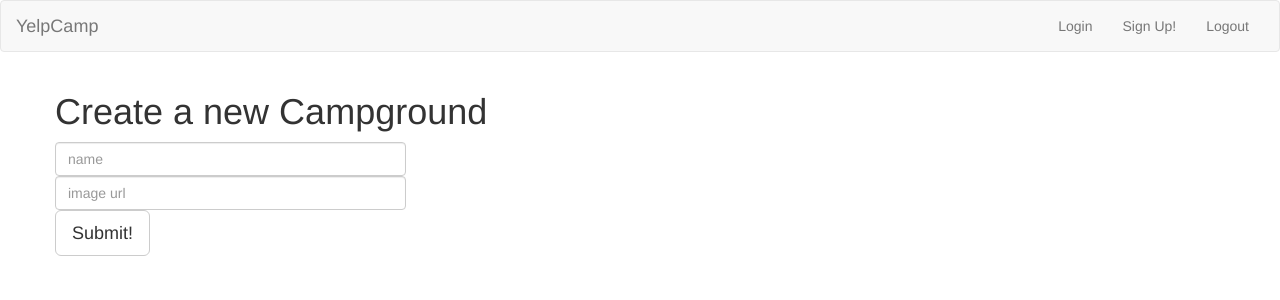
Repository: karanagg262/The-Web-Development-Bootcamp
Page: http://localhost/campgrounds/new
The author's editor kept a record of every edit. The page is drawn from the files as they stood at one moment, then again after the next edit.
The browser window is 1280 px wide. The pictures show the whole page.
The page is served by the project's Node server (yelpcamp/v1/app.js).

Above is the page before.

After the next edit:
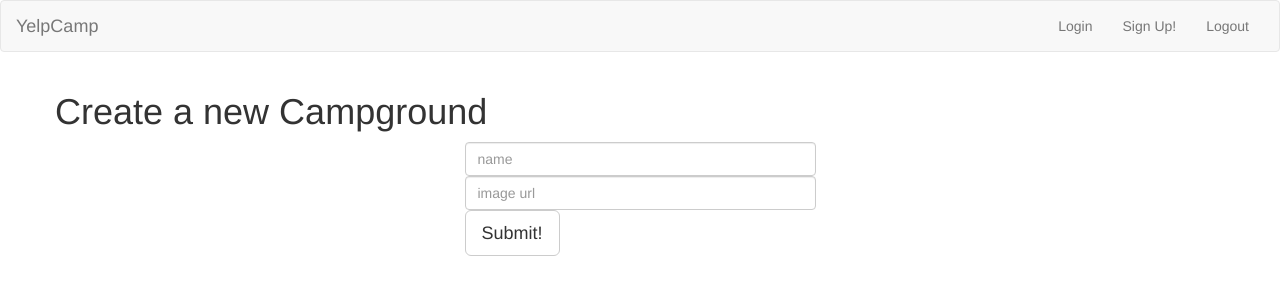
The edit:
--- a/Backend and full scale projects/yelpcamp/v1/views/new.ejs
+++ b/Backend and full scale projects/yelpcamp/v1/views/new.ejs
@@ -2,7 +2,7 @@
 <div class="container">
     <div class="row">
         <h1>Create a new Campground</h1>
-        <div style="width: 30%"; margin: 0 auto;">
+        <div style="width: 30%; margin: 0 auto;">
             <form action="/campgrounds" method="POST">
 
             <input class="form-control" type="text" name="name" placeholder="name">
